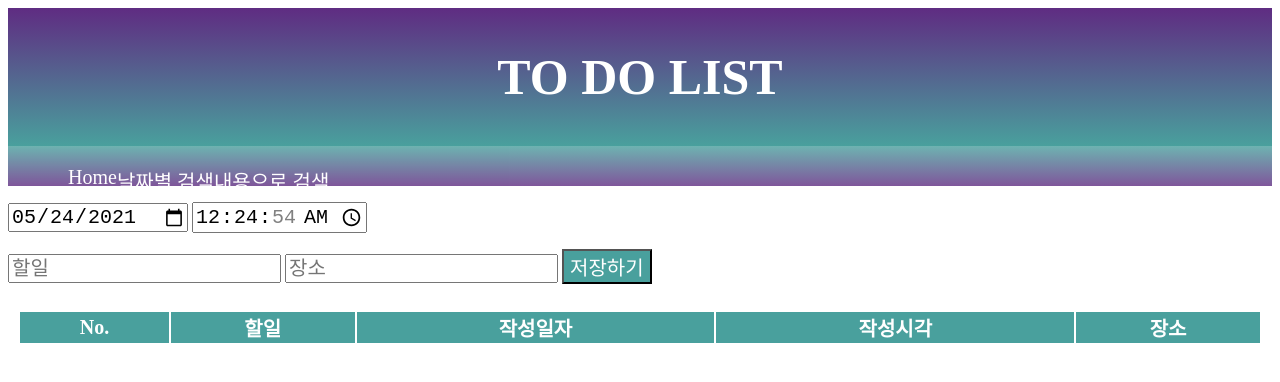
Repository: kimyoungjin98/Exam_Project
Page: http://localhost/Server_PR_TodoList/
These files come from the project's save history. The page is drawn as it stood at one moment and after the next save; the edit follows.
The browser window is 1280 px wide. The pictures show the whole page.
Some web fonts or font styles are not loaded; a fallback is used. The page is served by Tomcat 9. Other server files are loaded and not shown. Queries for data that is not in the repository find no rows.

Above is the page before, as saved 2021-05-25 01:39:02.

### Server_PR_TodoList/src/main/webapp/WEB-INF/views/home.jsp
<%@ page language="java" contentType="text/html; charset=UTF-8"
    pageEncoding="UTF-8"%>
<%@ taglib uri="http://java.sun.com/jsp/jstl/core" prefix="c"%>
<c:set value="${pageContext.request.contextPath}" var="rootPath" />
<!DOCTYPE html>
<html>

<head>
<meta charset="UTF-8">
<title>어서오세요</title>
</head>
<script>
document.addEventListener("DOMContentLoaded",function(ev){

	document.querySelector("table")
	.addEventListener("click", function(ev){

		let tag = ev.target.tagName

		if(tag == "TD"){

			let seq = ev.target.closest("TR").dataset.seq

			document.location.href="${rootPath}/todo/view?td_seq=" + seq

		}

	})

})


</script>
<style>


@import url('https://fonts.googleapis.com/css2?family=Nanum+Gothic+Coding:wght@700&family=Roboto+Slab:wght@600&display=swap');
.jm-font {
		font-family: 'Nanum Gothic Coding', monospace;
		font-family: 'Roboto Slab', serif;
	}


table {
	width:100%;
	text-align: center;
	margin:3px auto;
	font-size:20px;
	padding:10px;
	font-weight: bolder;

}

table td{
	cursor:pointer;
	padding:5-%;


}

table td:hover{
	background-color: #49a09d;
	opacity: 0.5;
}

table div{
	border:1px solid #49a09d;
	outline:1px solid #49a09d;
}

table th{
	background-color:#49a09d;
	color:white;

}


</style>
<body>

	<%@ include file="/WEB-INF/views/banner.jsp" %>
	<p>
	<%@ include file="/WEB-INF/views/write.jsp" %>
	<p>
		<table>
		<div>
		<th>No.</th>
		<th>할일</th>
		<th>작성일자</th>
		<th>작성시각</th>
		<th>장소</th>
		</div>

		<c:forEach items="${TDLIST}" var="TD" varStatus="index">
			<tr data-seq="${TD.td_seq}">
				<td>${index.count}</td>
				<td>${TD.td_content}</td>
				<td>${TD.td_date}</td>
				<td>${TD.td_time}</td>
				<td>${TD.td_place}</td>
			</tr>

		</c:forEach>

	</table>

</body>
</html>

### Server_PR_TodoList/src/main/webapp/WEB-INF/views/banner.jsp
<%@ page language="java" contentType="text/html; charset=UTF-8"
    pageEncoding="UTF-8"%>
<%@ taglib uri="http://java.sun.com/jsp/jstl/core" prefix="c"%>
<c:set value="${pageContext.request.contextPath}" var="rootPath" />
<!DOCTYPE html>
<html>
<head>
<meta charset="UTF-8">
<title>Insert title here</title>
</head>
<script type="text/javascript">
document.addEventListener("DOMContentLoaded", function(){
	document.querySelector("nav").addEventListener("click",function(ev){

		let name = ev.target.id

		if(name == "home"){

			document
			.location
			.href="${rootPath}"


		}


	})

})

</script>
<style>
@import url('https://fonts.googleapis.com/css2?family=Nanum+Gothic+Coding:wght@700&family=Roboto+Slab:wght@600&display=swap');
.jm-font {
		font-family: 'Nanum Gothic Coding', monospace;
		font-family: 'Roboto Slab', serif;
	}

nav li:hover {

	cursor:pointer;

}

h1 {
	margin:auto;
	text-align: center;
	font-size:50px;
	background:linear-gradient(to bottom, #5f2c82, #49a09d);
	color:white;
	padding:40px;
}

nav {

	background:linear-gradient(to top, #5f2c82, #49a09d);
	opacity: 0.8;
	color:white;
	padding:20px;
	margin:0;
	font-size:20px;


}

nav ul{
	margin:0px;
}

nav li{
	display:inline-block;
	list-style:none;
	float: left;
}


</style>
<body>
	<h1>TO DO LIST</h1>

	<nav>
	<ul>
	<li>Home</li>
	<li>날짜별 검색</li>
	<li >내용으로 검색</li>

	</ul>


	</nav>
</body>
</html>

### Server_PR_TodoList/src/main/webapp/WEB-INF/views/write.jsp
<%@ page language="java" contentType="text/html; charset=UTF-8"
    pageEncoding="UTF-8"%>
<%@ taglib uri="http://java.sun.com/jsp/jstl/core" prefix="c"%>
<c:set value="${pageContext.request.contextPath}" var="rootPath" />
<!DOCTYPE html>
<html>
<head>
<meta charset="UTF-8">
<title>Insert title here</title>
</head>
<script type="text/javascript">
document.addEventListener("DOMContentLoaded", function(ev){
	document.querySelector("button")
	.addEventListener("click",function(ev){

		let name = ev.target.className

		let td_date = document.querySelector("input[name='td_date']")
		let td_time = document.querySelector("input[name='td_time']")
		let td_content = document.querySelector("input[name='td_content']")
		let td_place = document.querySelector("input[name='td_place']")

		if(td_content.value == ""){

			alert("할일을 입력하세요 !")

			return false;
			}

			document.querySelector("form").submit();

	})

})

</script>
<style>

@import url('https://fonts.googleapis.com/css2?family=Nanum+Gothic+Coding:wght@700&family=Roboto+Slab:wght@600&display=swap');
.jm-font {
		font-family: 'Nanum Gothic Coding', monospace;
		font-family: 'Roboto Slab', serif;
	}

	label{
		font-size:20px;
	}

	input{
		font-size:20px;
	}

	button{
		background-color: #49a09d;
		color:white;
		font-size:20px;
		cursor:pointer;
	}


</style>
<body>



	<form method="POST" class="1">

	<input name="td_date" placeholder="작성일자" type="date" value="${TD.td_date}">
	<input name="td_time" placeholder="작성시각" type="time" value="${TD.td_time}"><p>
	<input name="td_content" placeholder="할일" value="${TD.td_content}"></input>
	<input name="td_place" placeholder="장소" value="${TD.td_place}">

		<button type="button">저장하기</button>
	</form>

</body>
</html>

### Server_PR_TodoList/src/main/java/com/callor/todo/controller/HomeController.java
package com.callor.todo.controller;

import java.io.IOException;
import java.text.SimpleDateFormat;
import java.util.Date;
import java.util.List;

import javax.servlet.ServletException;
import javax.servlet.annotation.WebServlet;
import javax.servlet.http.HttpServlet;
import javax.servlet.http.HttpServletRequest;
import javax.servlet.http.HttpServletResponse;

import com.callor.todo.model.TodoVO;
import com.callor.todo.service.TodoService;
import com.callor.todo.service.impl.TodoServiceImplV1;

@WebServlet("/")
public class HomeController extends HttpServlet{

	protected TodoService tdService;

	public HomeController() {

		tdService = new TodoServiceImplV1();

	}

	@Override
	protected void doGet(HttpServletRequest req, HttpServletResponse resp) throws ServletException, IOException {


		List<TodoVO> tdList = tdService.selectAll();

		req.setAttribute("TDLIST", tdList);

		SimpleDateFormat sDate = new SimpleDateFormat("yyyy-MM-dd");
		SimpleDateFormat sTime = new SimpleDateFormat("HH:mm:ss");
		Date date = new Date(System.currentTimeMillis());

		TodoVO tdVO = new TodoVO();

		tdVO.setTd_date(sDate.format(date));
		tdVO.setTd_time(sTime.format(date));

		req.setAttribute("TD", tdVO);

		ReqController.forward(resp, req, "home");

	}

	@Override
	protected void doPost(HttpServletRequest req, HttpServletResponse resp) throws ServletException, IOException {


		req.setCharacterEncoding("UTF-8");

		String td_date = req.getParameter("td_date");
		String td_content = req.getParameter("td_content");
		String td_time = req.getParameter("td_time");
		String td_place = req.getParameter("td_place");

		TodoVO tdVO = new TodoVO();

		tdVO.setTd_content(td_content);
		tdVO.setTd_date(td_date);
		tdVO.setTd_place(td_place);
		tdVO.setTd_time(td_time);

		tdService.insert(tdVO);

		System.out.println(tdVO.toString());

		resp.sendRedirect("/todo/");

	}

}

### Server_PR_TodoList/src/main/java/com/callor/todo/service/impl/TodoServiceImplV1.java
package com.callor.todo.service.impl;

import java.sql.Connection;
import java.sql.PreparedStatement;
import java.sql.ResultSet;
import java.sql.SQLException;
import java.util.ArrayList;
import java.util.List;

import com.callor.todo.config.DBConnect;
import com.callor.todo.model.TodoVO;
import com.callor.todo.service.TodoService;
import com.mysql.cj.x.protobuf.MysqlxPrepare.Prepare;

public class TodoServiceImplV1 implements TodoService {

	protected Connection dbConn;

	public TodoServiceImplV1() {

		dbConn = DBConnect.getDB();

	}

	protected List<TodoVO> select(PreparedStatement pStr) throws SQLException {

		List<TodoVO> tdList = new ArrayList<TodoVO>();
		ResultSet rSet = pStr.executeQuery();

		while (rSet.next()) {

			TodoVO tdVO = new TodoVO();

			tdVO.setTd_content(rSet.getString("td_content"));
			tdVO.setTd_date(rSet.getString("td_date"));
			tdVO.setTd_place(rSet.getString("td_place"));
			tdVO.setTd_time(rSet.getString("td_time"));
			tdVO.setTd_seq(rSet.getLong("td_seq"));
			tdList.add(tdVO);

		}

		return tdList;
	}

	@Override
	public List<TodoVO> selectAll() {
		// TODO Auto-generated method stub

		String sql = " SELECT * FROM tbl_todo ";

		PreparedStatement pStr = null;

		try {

			pStr = dbConn.prepareStatement(sql);
			List<TodoVO> tdList = this.select(pStr);


			return tdList;

		} catch (SQLException e) {
			// TODO Auto-generated catch block
			e.printStackTrace();
		}

		return null;
	}

	@Override
	public TodoVO findById(Long td_seq) {
		// TODO Auto-generated method stub

		String sql = " SELECT * FROM tbl_todo ";
		sql += " WHERE td_seq = ? ";

		PreparedStatement pStr = null;

		try {
			pStr = dbConn.prepareStatement(sql);
			pStr.setLong(1, td_seq);

			List<TodoVO> tdList = this.select(pStr);

			if(tdList != null && tdList.size() > 0) {

				return tdList.get(0);
			}

		} catch (SQLException e) {
			// TODO Auto-generated catch block
			e.printStackTrace();
		}

		return null;
	}

	@Override
	public Integer insert(TodoVO tdVO) {
		// TODO Auto-generated method stub

		String sql = " INSERT INTO tbl_todo ";
		sql += " (td_content, td_date, td_time, td_place) ";
		sql += " VALUES(?,?,?,?) ";

		PreparedStatement pStr = null;

		try {
			pStr = dbConn.prepareStatement(sql);
			pStr.setString(1, tdVO.getTd_content());
			pStr.setString(2, tdVO.getTd_date());
			pStr.setString(3, tdVO.getTd_time());
			pStr.setString(4, tdVO.getTd_place());

			return pStr.executeUpdate();



		} catch (SQLException e) {
			// TODO Auto-generated catch block
			e.printStackTrace();
		}

		return null;
	}

	@Override
	public Integer update(TodoVO tdVO) {
		// TODO Auto-generated method stub

		String sql = " UPDATE tbl_todo SET ";
		sql += " td_content = ?, ";
		sql += " td_date = ?, ";
		sql += " td_time = ?, ";
		sql += " td_place = ? ";
		sql += " WHERE td_seq = ? ";

		PreparedStatement pStr = null;

		try {
			pStr = dbConn.prepareStatement(sql);
			pStr.setString(1, tdVO.getTd_content());
			pStr.setString(2, tdVO.getTd_date());
			pStr.setString(3, tdVO.getTd_time());
			pStr.setString(4, tdVO.getTd_place());
			pStr.setLong(5, tdVO.getTd_seq());


			return pStr.executeUpdate();


		} catch (SQLException e) {
			// TODO Auto-generated catch block
			e.printStackTrace();
		}

		return null;
	}

	@Override
	public Integer delete(Long td_seq) {
		// TODO Auto-generated method stub

		String sql = " DELETE FROM tbl_todo ";
		sql += " WHERE td_seq = ? ";

		PreparedStatement pStr = null;

		try {
			pStr = dbConn.prepareStatement(sql);
			pStr.setLong(1, td_seq);

			return pStr.executeUpdate();
		} catch (SQLException e) {
			// TODO Auto-generated catch block
			e.printStackTrace();
		}



		return null;
	}

}

### Server_PR_TodoList/src/main/java/com/callor/todo/config/DBConnect.java
package com.callor.todo.config;

import java.sql.Connection;
import java.sql.DriverManager;
import java.sql.SQLException;

public class DBConnect {

	private static Connection dbConn;

	static {

		String driver = "com.mysql.cj.jdbc.Driver";
		String url = "jdbc:mysql://localhost:3306/todo";
		String user = "todoList";
		String pw = "1234";

		try {
			Class.forName(driver);

			if (dbConn == null) {
				dbConn = DriverManager.getConnection(url, user, pw);
			}

			System.out.println("DB 접속 성공");

		} catch (ClassNotFoundException e) {
			// TODO Auto-generated catch block
			e.printStackTrace();
		} catch (SQLException e) {
			// TODO Auto-generated catch block
			e.printStackTrace();
		}

	}

	public static Connection getDB() {

		return dbConn;
	}

}

### Server_PR_TodoList/src/main/java/com/callor/todo/model/TodoVO.java
package com.callor.todo.model;

import lombok.AllArgsConstructor;
import lombok.Getter;
import lombok.NoArgsConstructor;
import lombok.Setter;
import lombok.ToString;

@Getter
@Setter
@ToString
@AllArgsConstructor
@NoArgsConstructor
public class TodoVO {

	private Long td_seq;
	private String td_place;
	private String td_date;
	private String td_time;
	private String td_content;

}

### Server_PR_TodoList/src/main/java/com/callor/todo/controller/ReqController.java
package com.callor.todo.controller;

import java.io.IOException;

import javax.servlet.ServletException;
import javax.servlet.http.HttpServlet;
import javax.servlet.http.HttpServletRequest;
import javax.servlet.http.HttpServletResponse;

public class ReqController extends HttpServlet{

	public static void forward(HttpServletResponse res, HttpServletRequest req, String file) throws ServletException, IOException {

		String root = "/WEB-INF/views/" + file + ".jsp";

		req.getRequestDispatcher(root).forward(req, res);

	}

}

After the next save:
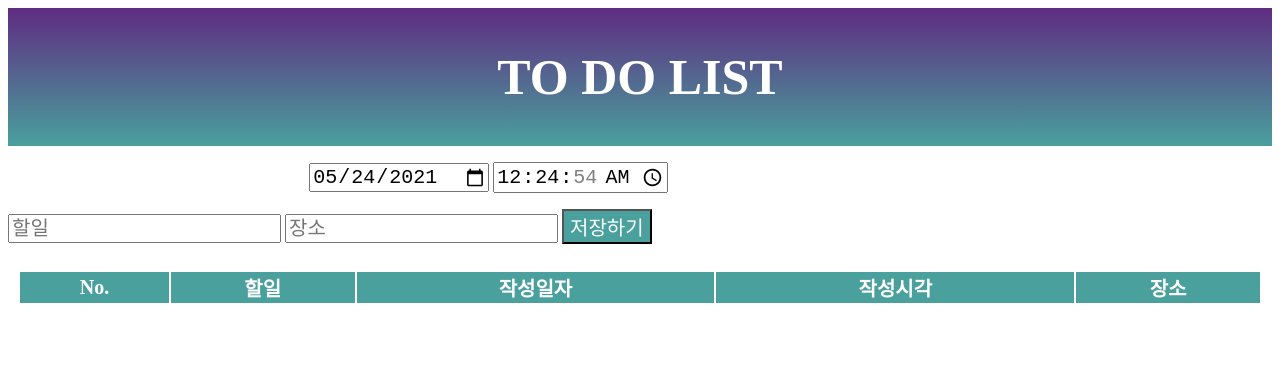
Saved 69 s later.
--- a/Server_PR_TodoList/src/main/webapp/WEB-INF/views/banner.jsp
+++ b/Server_PR_TodoList/src/main/webapp/WEB-INF/views/banner.jsp
@@ -56,8 +56,6 @@
 	background:linear-gradient(to top, #5f2c82, #49a09d);
 	opacity: 0.8;
 	color:white;
-	padding:20px;
-	margin:0;
 	font-size:20px;
 
 

After the save that followed:
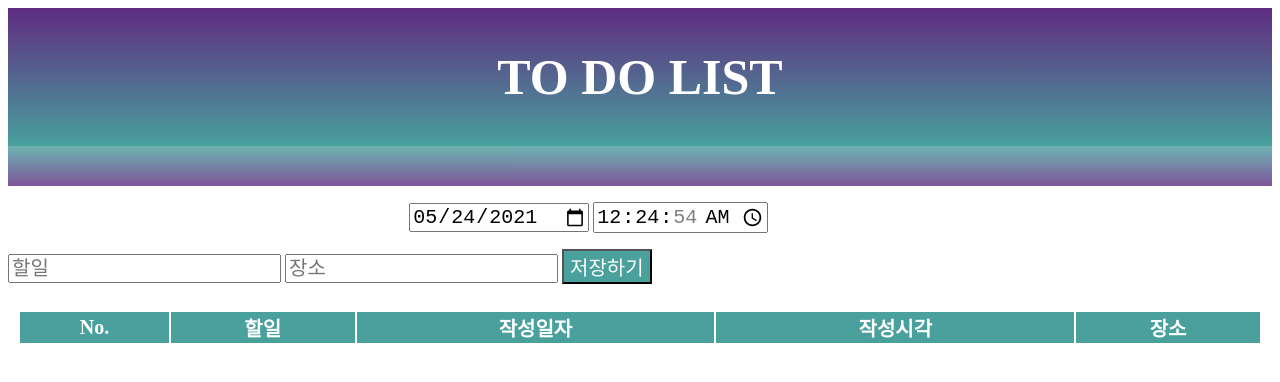
Saved 30 s later.
--- a/Server_PR_TodoList/src/main/webapp/WEB-INF/views/banner.jsp
+++ b/Server_PR_TodoList/src/main/webapp/WEB-INF/views/banner.jsp
@@ -56,6 +56,7 @@
 	background:linear-gradient(to top, #5f2c82, #49a09d);
 	opacity: 0.8;
 	color:white;
+
 	font-size:20px;
 
 
@@ -63,12 +64,15 @@
 
 nav ul{
 	margin:0px;
+	padding:20px;
 }
 
 nav li{
 	display:inline-block;
 	list-style:none;
 	float: left;
+	padding:20px;
+	margin:0;
 }
 
 
